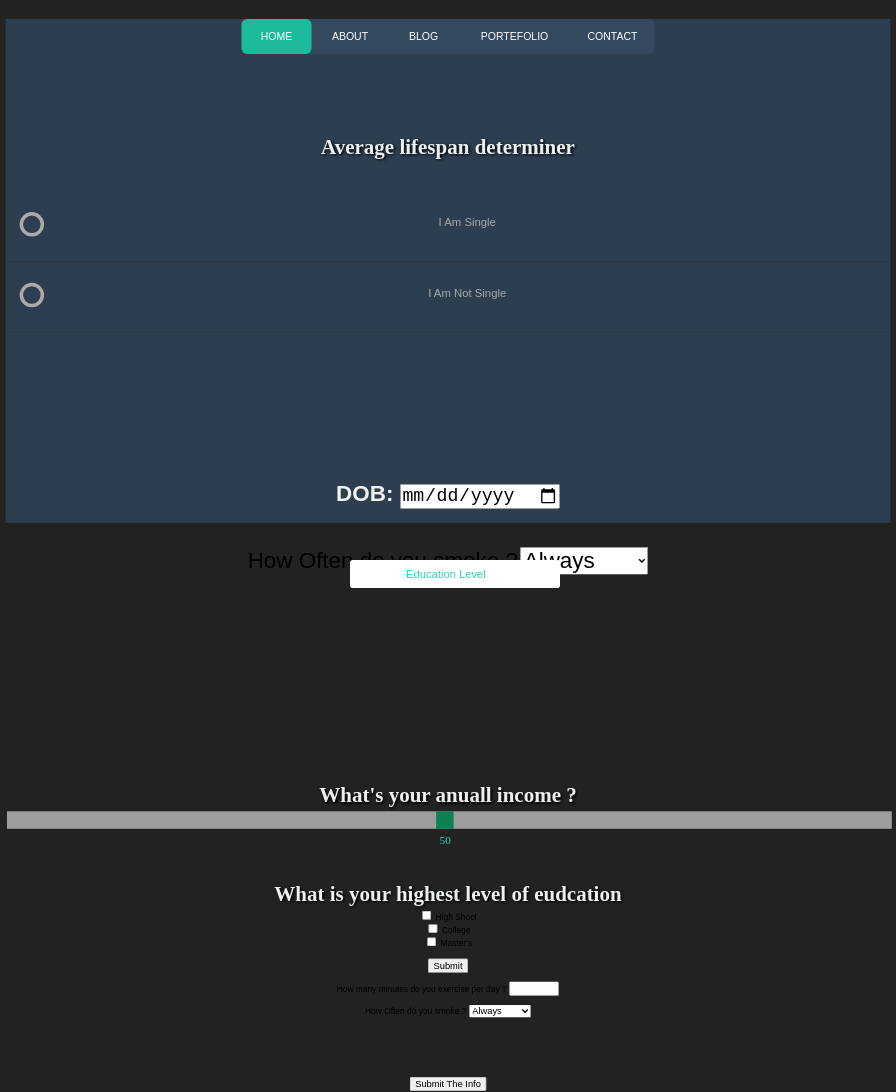
Repository: navid-amini12/capstone-1
Page: wordgame.html
An editor plug-in stored every save of this project. The page is shown before and after the next save, followed by the edit.
The browser window is 1280 px wide. The pictures show the whole page, at 70% of full size.

Above is the page before, as saved 2022-06-02 10:56:57.

### wordgame.html


  <link rel="stylesheet" type="text/css" href="Life.css">






<!-- NAVATION STARTING  -->

<nav class ="mynavigation">
  <a href="#">Home</a>
  <a href="#">About</a>
  <a href="#">Blog</a>
  <a href="#">Portefolio</a>
  <a href="#">Contact</a>
  <div class="animation start-home"></div>
</nav>
  <!-- NAVIGATION ENDING -->
  <br><br><br><br><br><br><br><br>

    <h1>Average lifespan determiner</h1>



<br><br><br>





      <div class = "container90">

          <ul>
          <li>
            <input type="radio" id="s-option" name="selector">
            <label for="s-option">I Am Single</label>

            <div class="check"><div class="inside"></div></div>
          </li>

          <li>
            <input type="radio" id="t-option" name="selector">
            <label for="t-option">I Am Not Single</label>

            <div class="check"><div class="inside"></div></div>
          </li>

        </ul>
   </div>



   <br> <br> <br>


  <div class = "left"><form action="/action_page.php">
    <label style=" color: #f1f1f1; font-weight: bold; font-size: xx-large;" for="birthday">DOB: </label>
    <input style = "font-size: xx-large" ;  type="date" id="birthday" name="birthday">

  </form>
 <br> <br> <br>
<label style = "font-size: xx-large" ;   for="cars">How Often do you smoke ?</label>

<select style = "font-size: xx-large" ;    id="questions">
<option value="volvo">Always</option>
<option value="saab">Often</option>
<option value="opel">Sometimes</option>
<option value="audi">Rarely</option>
<option value="audi">Never</option>
</select>
<br><br><br><br><br>












<span class = "optiondesign">
  <form id="app-cover">
  <div id="select-box">
    <input type="checkbox" id="options-view-button">
    <div id="select-button" class="brd">
      <div id="selected-value">
        <span>Education Level</span>
      </div>
      <div id="chevrons">
        <i class="fas fa-chevron-up"></i>
        <i class="fas fa-chevron-down"></i>
      </div>
    </div>
    <div id="options">
      <div class="option">
        <input class="s-c top" type="radio" name="platform" value="codepen">
        <input class="s-c bottom" type="radio" name="platform" value="codepen">
        <i class="fab fa-codepen"></i>
        <span class="label">CodePen</span>
        <span class="opt-val">CodePen</span>
      </div>
      <div class="option">
        <input class="s-c top" type="radio" name="platform" value="dribbble">
        <input class="s-c bottom" type="radio" name="platform" value="dribbble">
        <i class="fab fa-dribbble"></i>
        <span class="label">Dribbble</span>
        <span class="opt-val">Dribbble</span>
      </div>
      <div class="option">
        <input class="s-c top" type="radio" name="platform" value="behance">
        <input class="s-c bottom" type="radio" name="platform" value="behance">
        <i class="fab fa-behance"></i>
        <span class="label">Behance</span>
        <span class="opt-val">Behance</span>
      </div>
      <div class="option">
        <input class="s-c top" type="radio" name="platform" value="hackerrank">
        <input class="s-c bottom" type="radio" name="platform" value="hackerrank">
        <i class="fab fa-hackerrank"></i>
        <span class="label">HackerRank</span>
        <span class="opt-val">HackerRank</span>
      </div>
      <div class="option">
        <input class="s-c top" type="radio" name="platform" value="stackoverflow">
        <input class="s-c bottom" type="radio" name="platform" value="stackoverflow">
        <i class="fab fa-stack-overflow"></i>
        <span class="label">StackOverflow</span>
        <span class="opt-val">StackOverflow</span>
      </div>
      <div class="option">
        <input class="s-c top" type="radio" name="platform" value="freecodecamp">
        <input class="s-c bottom" type="radio" name="platform" value="freecodecamp">
        <i class="fab fa-free-code-camp"></i>
        <span class="label">FreeCodeCamp</span>
        <span class="opt-val">FreeCodeCamp</span>
      </div>
      <div id="option-bg"></div>
    </div>
  </div>
</form>



</span>

















<br><br><br><br><br><br><br><br><br><br><br><br><br><br><br><br><br>
<h1>What's your anuall income ?</h1>

<div class="slidecontainer">
  <input type="range" min="1" max="100" value="50" class="slider" id="myRange">
  <p> <span id="demo"></span></p>
</div>

<br><br><br><br><br>


<h1>What is your highest level of eudcation</h1>

<form id = "checkbox1">
<input type="checkbox" id="vehicle1" name="vehicle1" value="Bike">
<label for="vehicle1"> High Shool</label><br>
<input type="checkbox" id="vehicle2" name="vehicle2" value="Car">
<label for="vehicle2"> College</label><br>
<input type="checkbox" id="vehicle3" name="vehicle3" value="Boat">
<label for="vehicle3"> Master's</label><br><br>
<input type="submit" value="Submit">
</form>

<form>
  <label for="quantity">How many minutes do you exercise per day ? </label>
  <input type="number" id="quantity" name="quantity" min="0" max="1000">
</form>




<label for="cars">How Often do you smoke ?</label>

<select id="myquestions">
<option value="always">Always</option>
<option value="often">Often</option>
<option value="sometimes">Sometimes</option>
<option value="rarely">Rarely</option>
<option value="never">Never</option>
</select>
<br>
<br>
<br>
<br>


<br>
<br>
<br>
<button id = "submitInfo">Submit The Info</button></div>





<!-- <input id = "submitInfo" type="button" value = "Submit Info" onclick="alert('Submitting INfo');" /></div> -->

  </div>



  <!-- <input id = "submitInfo" type="button" value = "Submit Info" onclick="alert('Submitting INfo');" /> -->


















  <body class="container">
    <ul id="people" class=""></ul>


    <script src="https://unpkg.com/axios/dist/axios.min.js"></script>
    <script>

      document.getElementById("submitInfo").onclick = function () {
        axios
          .get("http://localhost:4000/api/users")
          .then(function (response) {
            var e = document.getElementById("myquestions");
            var strUser = e.options[e.selectedIndex].text;


            var x = document.getElementById("vehicle1").value;





var slider = document.getElementById("myRange");
    var output = document.getElementById("demo");
    output.innerHTML = slider.value;

    slider.oninput = function() {
      output.innerHTML = this.value;
    }


     if (strUser == "Never") {

         alert(x)



       alert( document.getElementById("people").innerHTML = response.data[0] )

    }
          })


          .catch(function (err) {
            document.getElementById("people").innerHTML =
              '<li class="text-danger">' + err.message + "</li>";
          });
      };
    </script>




   <!-- starting js for slider value -->
   <script>
   var slider = document.getElementById("myRange");
    var output = document.getElementById("demo");
    output.innerHTML = slider.value;

    slider.oninput = function() {
      output.innerHTML = this.value;
    }
    </script>
   <!-- ending js for slider value  -->

### Life.css
#demo {
  position: relative;
  top : 525px;
  right: 12px;
}


/* starting of slider */

.slidecontainer {
  width: 100%;
}

.slider {
  -webkit-appearance: none;
  width: 100%;
  height: 25px;
  background: #d3d3d3;
  outline: none;
  opacity: 0.7;
  -webkit-transition: .2s;
  transition: opacity .2s;
}

.slider:hover {
  opacity: 1;
}

.slider::-webkit-slider-thumb {
  -webkit-appearance: none;
  appearance: none;
  width: 25px;
  height: 25px;
  background: #04AA6D;
  cursor: pointer;
}

.slider::-moz-range-thumb {
  width: 25px;
  height: 25px;
  background: #04AA6D;
  cursor: pointer;
}




/* ending of slider */

.optiondesign {



}


* {
  user-select: none;
}

*:focus {
  outline: none;
}

/* html,
body {
  height: 100%;
  min-height: 100%;
} */

/* body {
  font-family: "Segoe UI", Tahoma, Geneva, Verdana, sans-serif;
  padding-bottom: 100px;
  margin: 0;
  background-color: #ebf3f3;
} */

/* .brd {
  border: 1px solid #e2eded;
  border-color: #eaf1f1 #e4eded #dbe7e7 #e4eded;
} */

#info {
  position: absolute;
  top: 0;
  right: 0;
  left: 0;
  color: #2d3667;
  font-size: 16px;
  text-align: center;
  padding: 14px;
  background-color: #f3f9f9;
}

#app-cover {
  position: absolute;
  top: 700px;
  right: 0;
  left: 20px;
  width: 300px;
  height: 42px;
  margin: 100px auto 0 auto;
  z-index: 1;
}

#select-button {
  position: relative;
  height: 16px;
  padding: 12px 14px;
  background-color: #fff;
  border-radius: 4px;
  cursor: pointer;
}

#options-view-button {
  position: absolute;
  top: 0;
  right: 0;
  bottom: 0;
  left: 0;
  width: 100%;
  height: 100%;
  margin: 0;
  opacity: 0;
  cursor: pointer;
  z-index: 3;
}

#selected-value {
  font-size: 16px;
  line-height: 1;
  margin-right: 26px;
}

.option i {
  width: 16px;
  height: 16px;
}

.option,
.label {
  color: #2d3667;
  font-size: 16px;
}

#chevrons {
  position: absolute;
  top: 0;
  right: 0;
  bottom: 0;
  width: 12px;
  padding: 9px 14px;
}

#chevrons i {
  display: block;
  height: 50%;
  color: #d1dede;
  font-size: 12px;
  text-align: right;
}

#options-view-button:checked + #select-button #chevrons i {
  color: #2d3667;
}

.options {
  position: absolute;
  left: 0;
  width: 250px;
}

#options {
  position: absolute;
  top: 42px;
  right: 0;
  left: 0;
  width: 298px;
  margin: 0 auto;
  background-color: #fff;
  border-radius: 4px;
}

#options-view-button:checked ~ #options {
  border: 1px solid #e2eded;
  border-color: #eaf1f1 #e4eded #dbe7e7 #e4eded;
}

.option {
  position: relative;
  line-height: 1;
  transition: 0.3s ease all;
  z-index: 2;
}

.option i {
  position: absolute;
  left: 14px;
  padding: 0;
  display: none;
}

#options-view-button:checked ~ #options .option i {
  display: block;
  padding: 12px 0;
}

.label {
  display: none;
  padding: 0;
  margin-left: 27px;
}

#options-view-button:checked ~ #options .label {
  display: block;
  padding: 12px 14px;
}

.s-c {
  position: absolute;
  left: 0;
  width: 100%;
  height: 50%;
}

.s-c.top {
  top: 0;
}

.s-c.bottom {
  bottom: 0;
}

input[type="radio"] {
  position: absolute;
  right: 0;
  left: 0;
  width: 100%;
  height: 50%;
  margin: 0;
  opacity: 0;
  cursor: pointer;
}

.s-c:hover ~ i {
  color: #fff;
  opacity: 0;
}

.s-c:hover {
  height: 100%;
  z-index: 1;
}

.s-c.bottom:hover + i {
  bottom: -25px;
  animation: moveup 0.3s ease 0.1s forwards;
}

.s-c.top:hover ~ i {
  top: -25px;
  animation: movedown 0.3s ease 0.1s forwards;
}

@keyframes moveup {
  0% {
    bottom: -25px;
    opacity: 0;
  }
  100% {
    bottom: 0;
    opacity: 1;
  }
}

@keyframes movedown {
  0% {
    top: -25px;
    opacity: 0;
  }
  100% {
    top: 0;
    opacity: 1;
  }
}

.label {
  transition: 0.3s ease all;
}

.opt-val {
  position: absolute;
  left: 14px;
  width: 217px;
  height: 21px;
  opacity: 0;
  background-color: #fff;
  transform: scale(0);
}

.option input[type="radio"]:checked ~ .opt-val {
  opacity: 1;
  transform: scale(1);
}

.option input[type="radio"]:checked ~ i {
  top: 0;
  bottom: auto;
  opacity: 1;
  animation: unset;
}

.option input[type="radio"]:checked ~ i,
.option input[type="radio"]:checked ~ .label {
  color: #fff;
}

.option input[type="radio"]:checked ~ .label:before {
  content: "";
  position: absolute;
  top: 0;
  right: 0;
  bottom: 0;
  left: 0;
  z-index: -1;
}

#options-view-button:not(:checked)
  ~ #options
  .option
  input[type="radio"]:checked
  ~ .opt-val {
  top: -30px;
}

.option:nth-child(1) input[type="radio"]:checked ~ .label:before {
  background-color: #000;
  border-radius: 4px 4px 0 0;
}

.option:nth-child(1) input[type="radio"]:checked ~ .opt-val {
  top: -31px;
}

.option:nth-child(2) input[type="radio"]:checked ~ .label:before {
  background-color: #ea4c89;
}

.option:nth-child(2) input[type="radio"]:checked ~ .opt-val {
  top: -71px;
}

.option:nth-child(3) input[type="radio"]:checked ~ .label:before {
  background-color: #0057ff;
}

.option:nth-child(3) input[type="radio"]:checked ~ .opt-val {
  top: -111px;
}

.option:nth-child(4) input[type="radio"]:checked ~ .label:before {
  background-color: #32c766;
}

.option:nth-child(4) input[type="radio"]:checked ~ .opt-val {
  top: -151px;
}

.option:nth-child(5) input[type="radio"]:checked ~ .label:before {
  background-color: #f48024;
}

.option:nth-child(5) input[type="radio"]:checked ~ .opt-val {
  top: -191px;
}

.option:nth-child(6) input[type="radio"]:checked ~ .label:before {
  background-color: #006400;
  border-radius: 0 0 4px 4px;
}

.option:nth-child(6) input[type="radio"]:checked ~ .opt-val {
  top: -231px;
}

.option .fa-codepen {
  color: #000;
}

.option .fa-dribbble {
  color: #ea4c89;
}

.option .fa-behance {
  color: #0057ff;
}

.option .fa-hackerrank {
  color: #32c766;
}

.option .fa-stack-overflow {
  color: #f48024;
}

.option .fa-free-code-camp {
  color: #006400;
}

#option-bg {
  position: absolute;
  top: 0;
  right: 0;
  left: 0;
  height: 40px;
  transition: 0.3s ease all;
  z-index: 1;
  display: none;
}

#options-view-button:checked ~ #options #option-bg {
  display: block;
}

.option:hover .label {
  color: #fff;
}

.option:nth-child(1):hover ~ #option-bg {
  top: 0;
  background-color: #000;
  border-radius: 4px 4px 0 0;
}

.option:nth-child(2):hover ~ #option-bg {
  top: 40px;
  background-color: #ea4c89;
}

.option:nth-child(3):hover ~ #option-bg {
  top: 80px;
  background-color: #0057ff;
}

.option:nth-child(4):hover ~ #option-bg {
  top: 120px;
  background-color: #32c766;
}

.option:nth-child(5):hover ~ #option-bg {
  top: 160px;
  background-color: #f48024;
}

.option:nth-child(6):hover ~ #option-bg {
  top: 200px;
  background-color: #006400;
  border-radius: 0 0 4px 4px;
}







@import url('https://fonts.googleapis.com/css?family=Lato');

body, html{
  height: 100%;
  background: #222222;
	font-family: 'Lato', sans-serif;
}

.container90{
 text-align: center;
 margin-bottom: 120px;
}

h2 {
	color: #AAAAAA;
}

.container ul{
  list-style: none;
  margin: 0;
  padding: 0;
	overflow: auto;
}

ul li{
  color: #AAAAAA;
  display: block;
  position: relative;
  float: left;
  width: 100%;
  height: 100px;
	border-bottom: 1px solid #333;
}

ul li input[type=radio]{
  position: absolute;
  visibility: hidden;
}

ul li label{
  display: block;
  position: relative;
  font-weight: 300;
  font-size: 1.35em;
  padding: 25px 25px 25px 80px;
  margin: 10px auto;
  height: 30px;
  z-index: 9;
  cursor: pointer;
  -webkit-transition: all 0.25s linear;
}

ul li:hover label{
	color: #FFFFFF;
}

ul li .check{
  display: block;
  position: absolute;
  border: 5px solid #AAAAAA;
  border-radius: 100%;
  height: 25px;
  width: 25px;
  top: 30px;
  left: 20px;
	z-index: 5;
	transition: border .25s linear;
	-webkit-transition: border .25s linear;
}

ul li:hover .check {
  border: 5px solid #FFFFFF;
}

ul li .check::before {
  display: block;
  position: absolute;
	content: '';
  border-radius: 100%;
  height: 15px;
  width: 15px;
  top: 5px;
	left: 5px;
  margin: auto;
	transition: background 0.25s linear;
	-webkit-transition: background 0.25s linear;
}

input[type=radio]:checked ~ .check {
  border: 5px solid #0DFF92;
}

input[type=radio]:checked ~ .check::before{
  background: #0DFF92;
}

input[type=radio]:checked ~ label{
  color: #0DFF92;
}

.signature {
	margin: 10px auto;
	padding: 10px 0;
	width: 100%;
}

.signature p{
	text-align: center;
	font-family: Helvetica, Arial, Sans-Serif;
	font-size: 0.85em;
	color: #AAAAAA;
}

.signature .much-heart{
	display: inline-block;
	position: relative;
	margin: 0 4px;
	height: 10px;
	width: 10px;
	background: #AC1D3F;
	border-radius: 4px;
	-ms-transform: rotate(45deg);
    -webkit-transform: rotate(45deg);
    transform: rotate(45deg);
}

.signature .much-heart::before,
.signature .much-heart::after {
	  display: block;
  content: '';
  position: absolute;
  margin: auto;
  height: 10px;
  width: 10px;
  border-radius: 5px;
  background: #AC1D3F;
  top: -4px;
}

.signature .much-heart::after {
	bottom: 0;
	top: auto;
	left: -4px;
}

.signature a {
	color: #AAAAAA;
	text-decoration: none;
	font-weight: bold;
}


/* Styles for alert...
by the way it is so weird when you look at your code a couple of years after you wrote it XD */

.alert {
	box-sizing: border-box;
	background-color: #BDFFE1;
	width: 100%;
	position: relative;
	top: 0;
	left: 0;
	z-index: 300;
	padding: 20px 40px;
	color: #333;
}

.alert h2 {
	font-size: 22px;
	color: #232323;
	margin-top: 0;
}

.alert p {
	line-height: 1.6em;
	font-size:18px;
}

.alert a {
	color: #232323;
	font-weight: bold;
}






/* startin of navtation css */

.left {
  margin-top: 50px;
  text-align: center;
}






nav {
  margin: 27px auto 0;

  position: relative;
  width: 590px;
  height: 50px;
  background-color: #34495e;
  border-radius: 8px;
  font-size: 0;
}
nav a {
  line-height: 50px;
  height: 100%;
  font-size: 15px;
  display: inline-block;
  position: relative;
  z-index: 1;
  text-decoration: none;
  text-transform: uppercase;
  text-align: center;
  color: white;
  cursor: pointer;
}
nav .animation {
  position: absolute;
  height: 100%;
  top: 0;
  z-index: 0;
  transition: all .5s ease 0s;
  border-radius: 8px;
}
a:nth-child(1) {
  width: 100px;
}
a:nth-child(2) {
  width: 110px;
}
a:nth-child(3) {
  width: 100px;
}
a:nth-child(4) {
  width: 160px;
}
a:nth-child(5) {
  width: 120px;
}
nav .start-home, a:nth-child(1):hover~.animation {
  width: 100px;
  left: 0;
  background-color: #1abc9c;
}
nav .start-about, a:nth-child(2):hover~.animation {
  width: 110px;
  left: 100px;
  background-color: #e74c3c;
}
nav .start-blog, a:nth-child(3):hover~.animation {
  width: 100px;
  left: 210px;
  background-color: #3498db;
}
nav .start-portefolio, a:nth-child(4):hover~.animation {
  width: 160px;
  left: 310px;
  background-color: #9b59b6;
}
nav .start-contact, a:nth-child(5):hover~.animation {
  width: 120px;
  left: 470px;
  background-color: #e67e22;
}

body {
  font-size: 12px;
  font-family: sans-serif;
  background: #2c3e50;
}
h1 {
  text-align: center;
  margin: 40px 0 40px;
  text-align: center;
  font-size: 30px;
  color: #ecf0f1;
  text-shadow: 2px 2px 4px #000000;
  font-family: 'Cherry Swash', cursive;
}

p {
    position: absolute;
    bottom: 20px;
    width: 100%;
    text-align: center;
    color: #ecf0f1;
    font-family: 'Cherry Swash',cursive;
    font-size: 16px;
}

span {
    color: #2BD6B4;
}




/* Navigation  */

/*
@import url('https://fonts.googleapis.com/css?family=Lobster&display=swap') repeat scroll 0 0 rgba(0, 0, 0 , 0);

body {
  background: #fff;
}

.title {
  font-size: 2.5rem;
  font-family: 'Lobster', cursive;
}

.container {
  animation: scroll 70s linear infinite;
  background: url("https://images.unsplash.com/photo-1465146633011-14f8e0781093?ixlib=rb-1.2.1&ixid=eyJhcHBfaWQiOjEyMDd9&auto=format&fit=crop&w=3450&q=80"), #111111;
  color: #eee;
  height: 100vh;
  min-width: 360px;
  width: 100%;
  display: flex;
  justify-content: center;
  align-items: center;
  perspective: 1000px;
  perspective-origin: 50% 50%;

}

@keyframes scroll {
   100%{
    background-position:0px -3000px;
  }
}

@media (prefers-reduced-motion) {
  .container {
    animation: scroll 200s linear infinite;
  }
}

@media (min-width: 670px) {
  .title {
    font-size: 5rem;
  }
}

#modalContainer {
  background-color:rgba(0, 0, 0, 0.3);
  position:absolute;
  top:0;
  width:100%;
  height:100%;
  left:0px;
  z-index:10000;
  background-image:url(tp.png); /* required by MSIE to prevent actions on lower z-index elements */
}

#alertBox {
  position:relative;
  width:33%;
  min-height:20%;
  max-height:35%;
  margin-top:50px;
  border:1px solid #fff;
  background-color:#fff;
  background-repeat:no-repeat;
  top:30%;
}

#modalContainer > #alertBox {
  position:fixed;
}

#alertBox h1 {
  margin:0;
  font:bold 1em Raleway,arial;
  background-color:#f97352;
  color:#FFF;
  border-bottom:1px solid #f97352;
  padding:10px 0 10px 5px;
}


#alertBox #closeBtn {
  display:block;
  position:relative;
  margin:100px auto 100px auto;
  padding:7px;
  border:0 none;
  width:70px;
  text-transform:uppercase;
  text-align:center;
  color:#FFF;
  background-color:#f97352;
  border-radius: 0px;
  text-decoration:none;
  outline:0!important;
}

/* unrelated styles */

#mContainer {
  position:relative;
  width:600px;
  margin:auto;
  padding:5px;
  border-top:2px solid #fff;
  border-bottom:2px solid #fff;
}

h1,h2 {
  margin:0;
  padding:4px;
}

code {
  font-size:1.2em;
  color:#069;
}

#credits {
  position:relative;
  margin:25px auto 0px auto;
  width:350px;
  font:0.7em verdana;
  border-top:1px solid #000;
  border-bottom:1px solid #000;
  height:90px;
  padding-top:4px;
}

#credits img {
  float:left;
  margin:5px 10px 5px 0px;
  border:1px solid #000000;
  width:80px;
  height:79px;
}

.important {
  background-color:#F5FCC8;
  padding:2px;

}

@media (max-width: 600px)
{
  #alertBox {
  position:relative;
  width:90%;
  top:30%;
}


 */

After the next save:
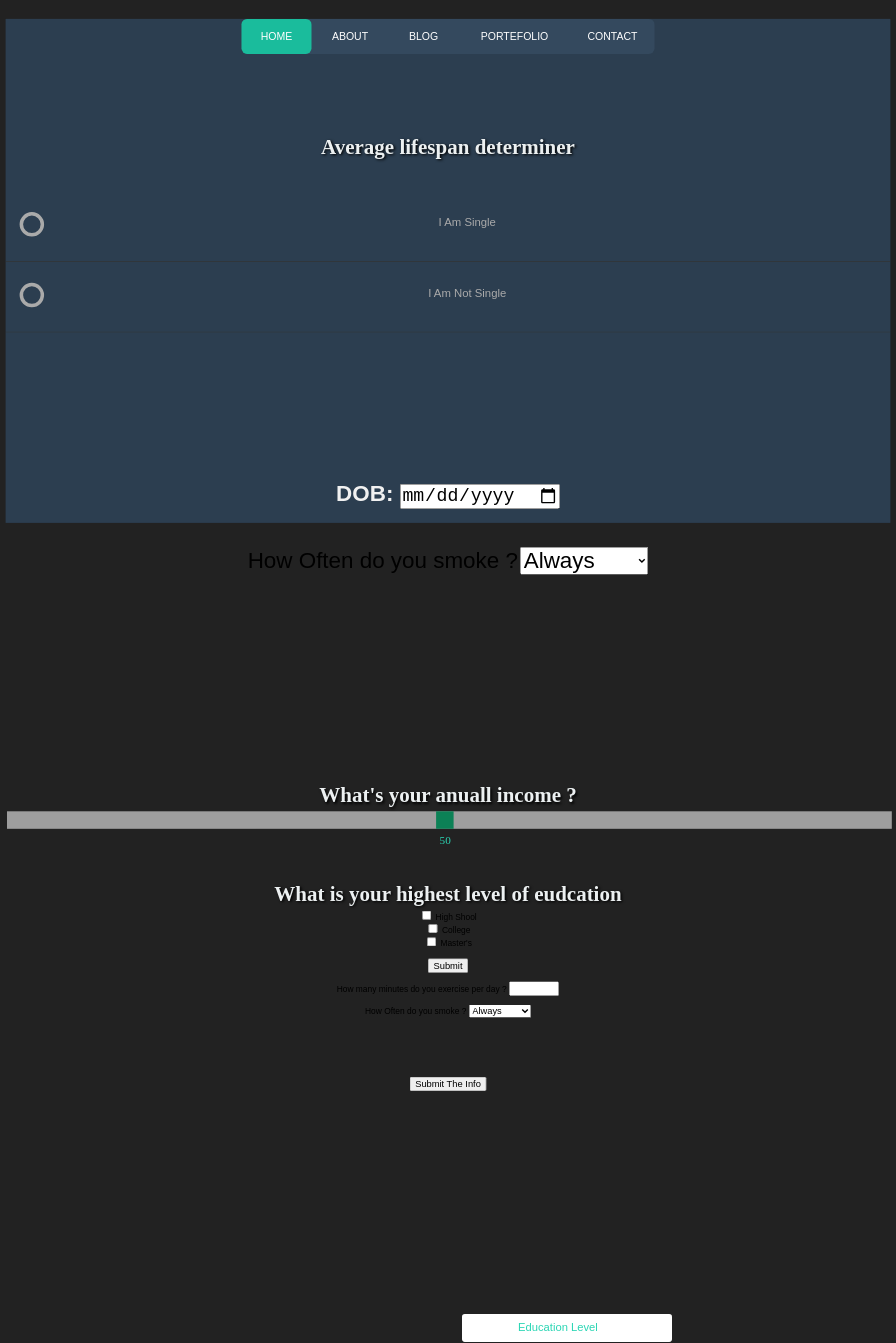
Saved 69 s later.
--- a/Life.css
+++ b/Life.css
@@ -48,7 +48,8 @@
 /* ending of slider */
 
 .optiondesign {
-
+  position: relative;
+  top: 200px;
 
 
 }
